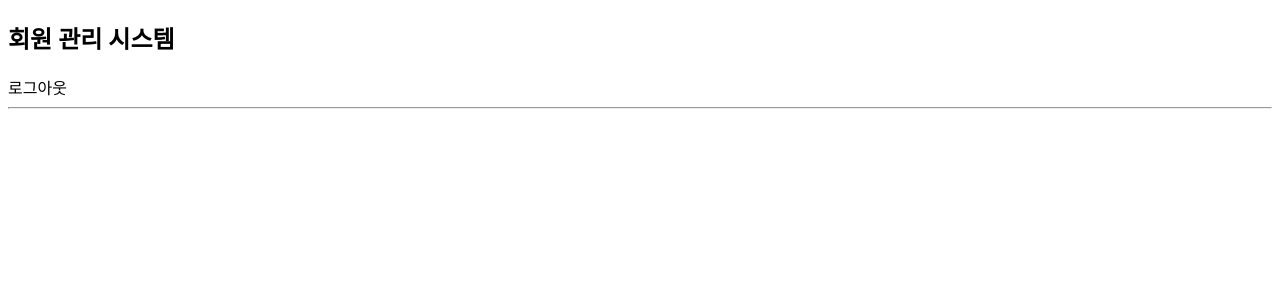
Repository: soeun1365/ServerProgram1
Page: http://localhost/ServerProgram1/manager.jsp
An editor plug-in stored every save of this project. The page is shown before and after the next save, followed by the edit.
The browser window is 1280 px wide. The pictures show the whole page.
The page is served by Tomcat 9.

Above is the page before, as saved 2021-06-14 07:17:58.

After the next save:
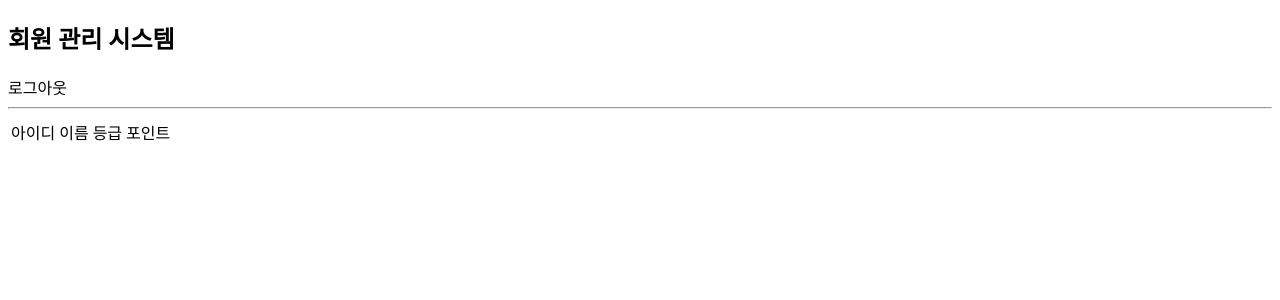
Saved 16 s later.
--- a/ServerProgram1/WebContent/manager.jsp
+++ b/ServerProgram1/WebContent/manager.jsp
@@ -13,7 +13,10 @@
 	<table>
 		<thead>
 			<tr>
-				<td></td>
+				<td>아이디</td>
+				<td>이름</td>
+				<td>등급</td>
+				<td>포인트</td>
 			</tr>
 		</thead>
 	</table>
